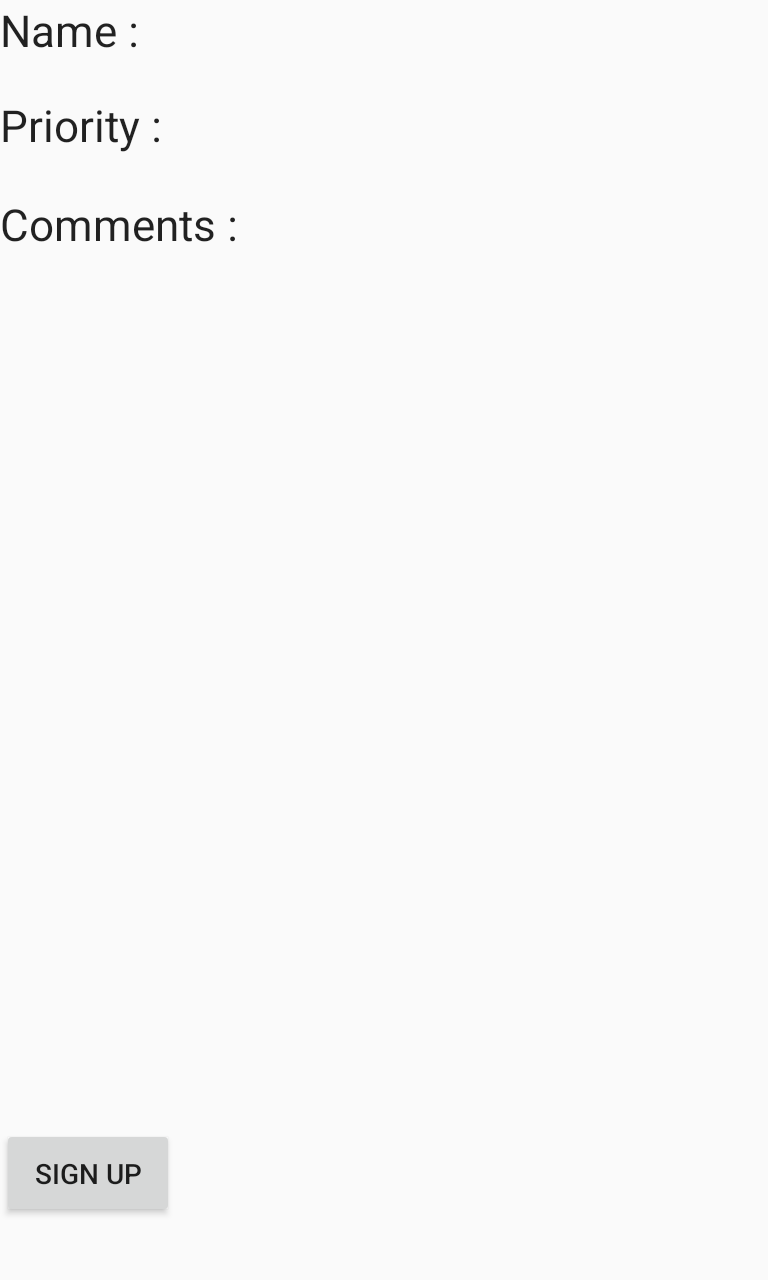
Repository: HAYKEL88/MASTER2_PFE
Layout: PFE_ANDROID/res/layout/activity_add_objectif.xml
An editor plug-in stored every save of this project. The layout is shown before and after the next save, followed by the edit.
It is drawn on a 768 x 1280 px phone screen (xhdpi) without system bars, with theme AppTheme; the app's code is not run.

Above is the layout before, as saved 2014-12-20 14:53:43.

### PFE_ANDROID/res/layout/activity_add_objectif.xml
<?xml version="1.0" encoding="utf-8"?>
<RelativeLayout xmlns:android="http://schemas.android.com/apk/res/android"
    android:layout_width="match_parent"
    android:layout_height="match_parent"
    android:orientation="vertical" >

    <TextView
        android:id="@+id/tvWelcomeUser"
        android:layout_width="wrap_content"
        android:layout_height="wrap_content"
        android:layout_alignParentLeft="true"
        android:layout_alignParentTop="true"
        android:layout_alignRight="@+id/textView2"
        android:text="Name :"
        android:textAppearance="?android:attr/textAppearanceLarge" />

    <TextView
        android:id="@+id/textView5"
        android:layout_width="wrap_content"
        android:layout_height="wrap_content"
        android:layout_alignLeft="@+id/textView2"
        android:layout_below="@+id/textView2"
        android:layout_marginTop="20dp"
        android:text="Comments :"
        android:textAppearance="?android:attr/textAppearanceLarge" />

    <TextView
        android:id="@+id/tvResponse"
        android:layout_width="wrap_content"
        android:layout_height="wrap_content"
        android:layout_alignParentBottom="true"
        android:layout_alignParentLeft="true"
        android:layout_alignParentRight="true"
        android:inputType="textMultiLine"
        android:text=""
        android:textAppearance="?android:attr/textAppearanceLarge" />

    <RadioGroup
        android:id="@+id/radioGroup1"
        android:layout_width="wrap_content"
        android:layout_height="wrap_content"
        android:layout_alignBottom="@+id/textView5"
        android:layout_marginLeft="16dp"
        android:layout_toRightOf="@+id/textView2" >
    </RadioGroup>

    <Button
        android:id="@+id/btnsignup"
        android:layout_width="wrap_content"
        android:layout_height="wrap_content"
        android:layout_above="@+id/tvResponse"
        android:onClick="sign_Up"
        android:text="Sign Up" />

    <EditText
        android:id="@+id/etHeight"
        android:inputType="textMultiLine"
    	android:lines="8"
    	android:minLines="6"
    	android:gravity="top|left"
   	    android:maxLines="10"
        android:layout_alignParentRight="true"
        android:layout_below="@+id/textView5"
        android:ems="10"/>

    <TextView
        android:id="@+id/textView2"
        android:layout_width="wrap_content"
        android:layout_height="wrap_content"
        android:layout_alignParentLeft="true"
        android:layout_below="@+id/tvWelcomeUser"
        android:layout_marginTop="18dp"
        android:text="Priority :"
        android:textAppearance="?android:attr/textAppearanceLarge" />

</RelativeLayout>

Loaded but not shown: PFE_ANDROID/res/values/styles.xml (common file); PFE_ANDROID/res/values-v11/styles.xml (common file); PFE_ANDROID/res/values-v14/styles.xml (common file)

After the next save:
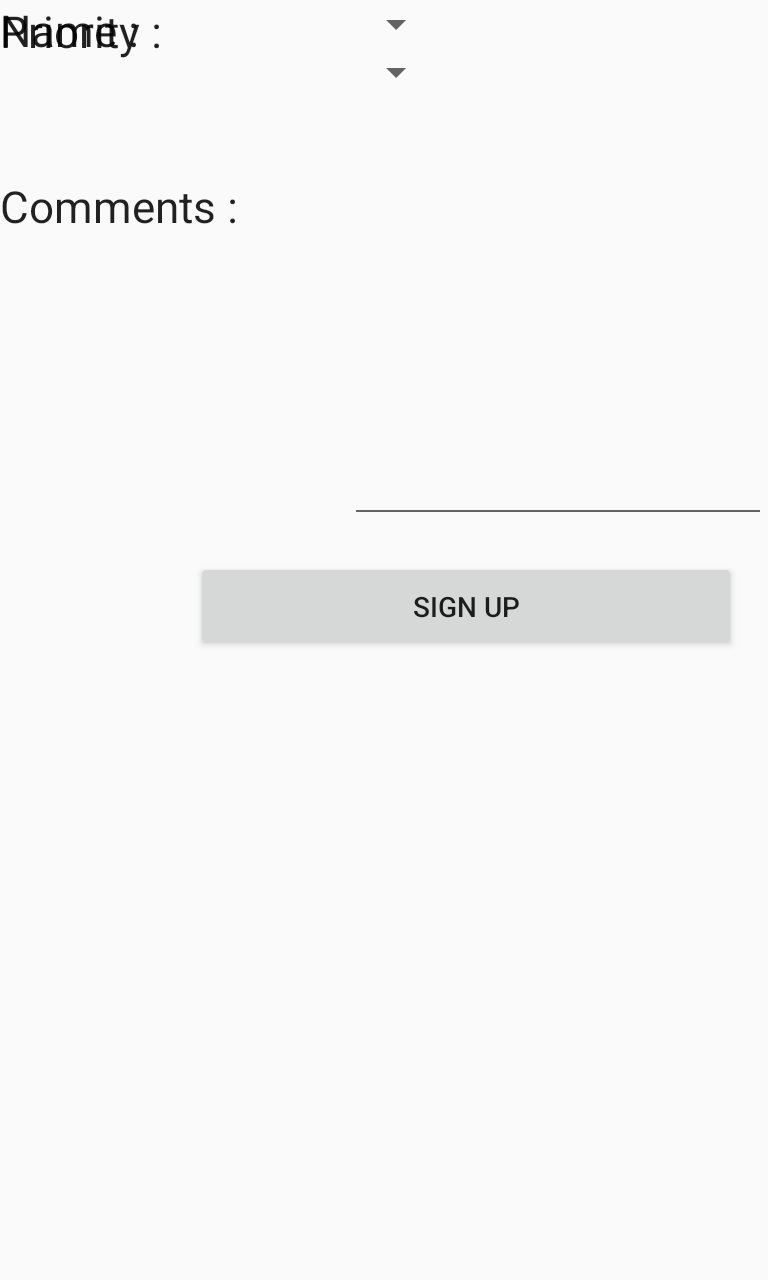
Saved 2 min 5 s later.
--- a/PFE_ANDROID/res/layout/activity_add_objectif.xml
+++ b/PFE_ANDROID/res/layout/activity_add_objectif.xml
@@ -12,16 +12,6 @@
         android:layout_alignParentTop="true"
         android:layout_alignRight="@+id/textView2"
         android:text="Name :"
-        android:textAppearance="?android:attr/textAppearanceLarge" />
-
-    <TextView
-        android:id="@+id/textView5"
-        android:layout_width="wrap_content"
-        android:layout_height="wrap_content"
-        android:layout_alignLeft="@+id/textView2"
-        android:layout_below="@+id/textView2"
-        android:layout_marginTop="20dp"
-        android:text="Comments :"
         android:textAppearance="?android:attr/textAppearanceLarge" />
 
     <TextView
@@ -44,33 +34,62 @@
         android:layout_toRightOf="@+id/textView2" >
     </RadioGroup>
 
-    <Button
-        android:id="@+id/btnsignup"
+    <EditText
+        android:id="@+id/etHeight"
         android:layout_width="wrap_content"
         android:layout_height="wrap_content"
-        android:layout_above="@+id/tvResponse"
-        android:onClick="sign_Up"
-        android:text="Sign Up" />
-
-    <EditText
-        android:id="@+id/etHeight"
-        android:inputType="textMultiLine"
-    	android:lines="8"
-    	android:minLines="6"
-    	android:gravity="top|left"
-   	    android:maxLines="10"
         android:layout_alignParentRight="true"
         android:layout_below="@+id/textView5"
-        android:ems="10"/>
+        android:ems="10"
+        android:gravity="top|left"
+        android:inputType="textMultiLine"
+        android:lines="8"
+        android:maxLines="10"
+        android:minLines="6" />
+
+    <Spinner
+        android:id="@+id/spinnerName"
+        android:layout_width="wrap_content"
+        android:layout_height="wrap_content"
+        android:layout_alignLeft="@+id/etHeight"
+        android:layout_alignParentTop="true" />
+
+    <Spinner
+        android:id="@+id/spinnerPriority"
+        android:layout_width="wrap_content"
+        android:layout_height="wrap_content"
+        android:layout_alignLeft="@+id/etHeight"
+        android:layout_below="@+id/spinnerName" />
+
+    <TextView
+        android:id="@+id/textView5"
+        android:layout_width="wrap_content"
+        android:layout_height="wrap_content"
+        android:layout_alignParentLeft="true"
+        android:layout_below="@+id/spinnerPriority"
+        android:layout_marginTop="40dp"
+        android:text="Comments :"
+        android:textAppearance="?android:attr/textAppearanceLarge" />
 
     <TextView
         android:id="@+id/textView2"
         android:layout_width="wrap_content"
         android:layout_height="wrap_content"
+        android:layout_alignBottom="@+id/spinnerPriority"
         android:layout_alignParentLeft="true"
-        android:layout_below="@+id/tvWelcomeUser"
-        android:layout_marginTop="18dp"
+        android:layout_marginBottom="18dp"
         android:text="Priority :"
         android:textAppearance="?android:attr/textAppearanceLarge" />
 
+    <Button
+        android:id="@+id/btnsignup"
+        android:layout_width="272dp"
+        android:layout_height="wrap_content"
+        android:layout_gravity="center_horizontal"
+        android:layout_below="@+id/etHeight"
+        android:layout_marginTop="15dp"
+        android:layout_toRightOf="@+id/radioGroup1"
+        android:onClick="sign_Up"
+        android:text="Sign Up" />
+
 </RelativeLayout>
